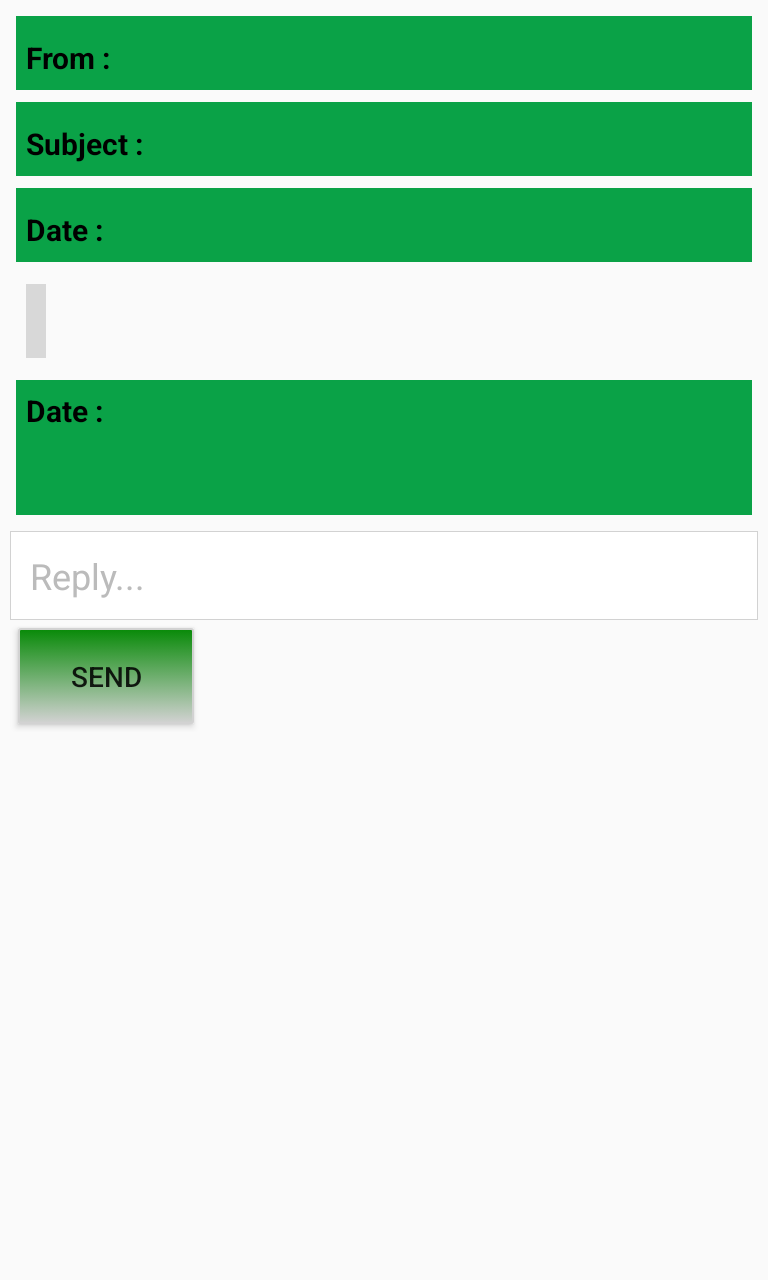
Repository: iguardian2015/iguardian-litchi
Layout: iguardian/res/layout/custom_inbox_view.xml
These files come from the project's save history. The layout is drawn as it stood at one moment and after the next save; the edit follows.
It is drawn on a 768 x 1280 px phone screen (xhdpi) without system bars, with theme AppTheme; the app's code is not run.

Above is the layout before, as saved 2015-01-12 08:40:46.

### iguardian/res/layout/custom_inbox_view.xml
<?xml version="1.0" encoding="utf-8"?>
<ScrollView xmlns:android="http://schemas.android.com/apk/res/android"
    android:layout_width="fill_parent"
    android:layout_height="fill_parent" >

    <LinearLayout
        android:layout_width="fill_parent"
        android:layout_height="fill_parent"
        android:padding="5dp"
        android:orientation="vertical" >

        <LinearLayout
            android:layout_width="match_parent"
            android:layout_height="wrap_content"
            android:layout_margin="3dp"
            android:background="#0AA247"
            android:orientation="horizontal" >

            <TextView
                android:id="@+id/from"
                android:layout_width="wrap_content"
                android:layout_height="wrap_content"
                android:padding="5dp"
                android:text="From :"
                android:textAppearance="?android:attr/textAppearanceLarge"
                android:textColor="#000000"
                android:textSize="15dp"
                android:textStyle="bold" />

            <TextView
                android:id="@+id/name"
                android:layout_width="wrap_content"
                android:layout_height="wrap_content"
                android:padding="5dp"
                android:textAppearance="?android:attr/textAppearanceLarge"
                android:textColor="#000000"
                android:textSize="20dp"
                android:textStyle="italic" />
        </LinearLayout>

        <LinearLayout
            android:layout_width="match_parent"
            android:layout_height="wrap_content"
            android:layout_margin="3dp"
            android:background="#0AA247"
            android:orientation="horizontal" >

            <TextView
                android:id="@+id/subject"
                android:layout_width="wrap_content"
                android:layout_height="wrap_content"
                android:padding="5dp"
                android:text="Subject :"
                android:textAppearance="?android:attr/textAppearanceLarge"
                android:textColor="#000000"
                android:textSize="15dp"
                android:textStyle="bold" />

            <TextView
                android:id="@+id/message_subject"
                android:layout_width="wrap_content"
                android:layout_height="wrap_content"
                android:padding="5dp"
                android:textAppearance="?android:attr/textAppearanceLarge"
                android:textColor="#000000"
                android:textSize="20dp"
                android:textStyle="italic" />
        </LinearLayout>

        <LinearLayout
            android:layout_width="match_parent"
            android:layout_height="wrap_content"
            android:layout_margin="3dp"
            android:background="#0AA247"
            android:orientation="horizontal" >

            <TextView
                android:id="@+id/dates"
                android:layout_width="wrap_content"
                android:layout_height="wrap_content"
                android:padding="5dp"
                android:text="Date :"
                android:textAppearance="?android:attr/textAppearanceLarge"
                android:textColor="#000000"
                android:textSize="15dp"
                android:textStyle="bold" />

            <TextView
                android:id="@+id/date"
                android:layout_width="wrap_content"
                android:layout_height="wrap_content"
                android:padding="5dp"
                android:textAppearance="?android:attr/textAppearanceLarge"
                android:textColor="#000000"
                android:textSize="20dp"
                android:textStyle="italic" />
        </LinearLayout>



            <TextView
                android:id="@+id/mes"
                android:layout_width="wrap_content"
                android:layout_height="wrap_content"
                android:layout_margin="8dp"
                android:padding="5dp"
                android:paddingTop="10dp"
                android:background="#D8D8D8"
                android:textAppearance="?android:attr/textAppearanceLarge"
                android:textColor="#525250"
                android:textSize="20dp"
                android:textStyle="italic" />

            <LinearLayout
            android:layout_width="match_parent"
            android:layout_height="wrap_content"
            android:layout_margin="3dp"
            android:background="#0AA247"
            android:orientation="vertical" >

            <TextView
                android:id="@+id/message"
                android:layout_width="wrap_content"
                android:layout_height="wrap_content"
                android:padding="5dp"
                android:text="Date :"
                android:textAppearance="?android:attr/textAppearanceLarge"
                android:textColor="#000000"
                android:textSize="15dp"
                android:textStyle="bold" />

            <TextView
                android:id="@+id/date"
                android:layout_width="wrap_content"
                android:layout_height="wrap_content"
                android:padding="5dp"
                android:textAppearance="?android:attr/textAppearanceLarge"
                android:textColor="#000000"
                android:textSize="20dp"
                android:textStyle="italic" />
        </LinearLayout>



        <!-- <LinearLayout
            android:layout_width="match_parent"
            android:layout_height="wrap_content"
            android:layout_margin="3dp"
            android:orientation="horizontal" > -->

            <!-- <EditText
                android:id="@+id/reply_message"
                android:layout_width="wrap_content"
                android:layout_height="wrap_content"
                android:layout_margin="8dp"
                android:hint="Write message..."
                android:inputType="textMultiLine"
                android:padding="15dp" />
 -->
           <!--  <Button
                android:id="@+id/send_message"
                android:layout_width="wrap_content"
                android:layout_height="wrap_content"
                android:layout_margin="8dp"
                android:text="Send" /> -->

            <EditText
            android:id="@+id/reply_message"
            android:layout_width="match_parent"
            android:layout_height="match_parent"
            android:layout_marginTop="5dp"
            android:background="@drawable/edittext_default_bg"
            android:hint="Reply..."
            android:inputType="textMultiLine"
            android:padding="10dp"
            android:textColorHint="#bbbbbb" />

        <Button
            android:id="@+id/send_message"
            android:layout_width="wrap_content"
            android:layout_height="match_parent"
            android:layout_margin="4dp"
            android:background="@drawable/button_default_bg"
            android:padding="10dp"
            android:text="Send" />


    </LinearLayout>

</ScrollView>

### iguardian/res/values/styles.xml
<resources>

    <!--
        Base application theme, dependent on API level. This theme is replaced
        by AppBaseTheme from res/values-vXX/styles.xml on newer devices.
    -->
    <style name="AppBaseTheme" parent="Theme.AppCompat.Light">
        <!--
            Theme customizations available in newer API levels can go in
            res/values-vXX/styles.xml, while customizations related to
            backward-compatibility can go here.
        -->
    </style>

    <!-- Application theme. -->
    <style name="AppTheme" parent="AppBaseTheme">
        <!-- All customizations that are NOT specific to a particular API-level can go here. -->
    </style>

    <style name="DefaultButtonText">
       <item name="android:layout_width">fill_parent</item>
        <item name="android:layout_height">wrap_content</item>
        <item name="android:textColor">#FFFFFF</item>
        <item name="android:gravity">center</item>
        <item name="android:layout_margin">3dp</item>
        <item name="android:textStyle">normal</item>
        <item name="android:textSize">20sp</item>
        <item name="android:shadowColor">#f9f9f9</item>
        <item name="android:shadowDx">1</item>
        <item name="android:shadowDy">1</item>
        <item name="android:shadowRadius">1</item>
    </style>

    <style name="btnStyleBeige" parent="@android:style/Widget.Button">
       <item name="android:textSize">15sp</item>
       <item name="android:textStyle">bold</item>
       <item name="android:textColor">#5d6153</item>
       <item name="android:gravity">center</item>
       <item name="android:shadowColor">#000000</item>
       <item name="android:shadowDx">1</item>
       <item name="android:shadowDy">1</item>
       <item name="android:shadowRadius">0.6</item>
       <item name="android:background">@drawable/custom_button</item>
       <item name="android:padding">10dip</item>
   </style>

</resources>

### iguardian/res/drawable-hdpi/edittext_default_bg.xml
<?xml version="1.0" encoding="utf-8"?>
<shape xmlns:android="http://schemas.android.com/apk/res/android"
    android:shape="rectangle" android:padding="5dp">
     <solid android:color="#FFFFFF"/>
     <stroke
        android:width="0.5dp"
        android:color="#d2d2d2" />
</shape>

### iguardian/res/drawable-hdpi/button_default_bg.xml
<?xml version="1.0" encoding="utf-8"?>
<selector xmlns:android="http://schemas.android.com/apk/res/android">
    <item  android:state_pressed="true" >
        <shape>
            <solid
                android:color="#f8f9fa" />
            <stroke
                android:width="1dp"
                android:color="#8CDA2C" />
            <corners
                android:radius="1dp" />

        </shape>
    </item>
    <item>
        <shape>
            <gradient
                android:startColor="#088A08"
                android:endColor="#d2d2d2"
                android:angle="270" />
            <stroke
                android:width="1dp"
                android:color="#d2d2d2" />
            <corners
                android:radius="1dp" />

        </shape>
    </item>
</selector>

Loaded but not shown: iguardian/res/values-v11/styles.xml (common file); iguardian/res/values-v14/styles.xml (common file)

After the next save:
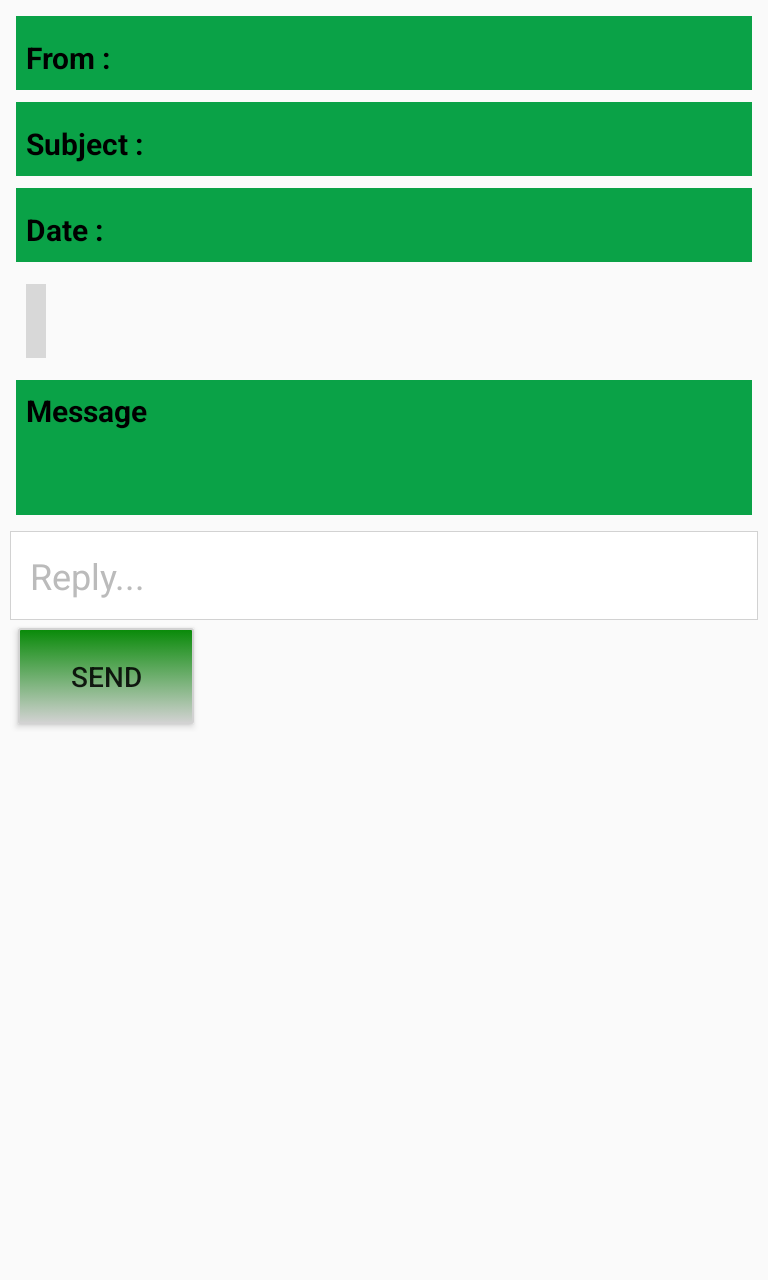
Saved 13 s later.
--- a/iguardian/res/layout/custom_inbox_view.xml
+++ b/iguardian/res/layout/custom_inbox_view.xml
@@ -123,7 +123,7 @@
                 android:layout_width="wrap_content"
                 android:layout_height="wrap_content"
                 android:padding="5dp"
-                android:text="Date :"
+                android:text="Message"
                 android:textAppearance="?android:attr/textAppearanceLarge"
                 android:textColor="#000000"
                 android:textSize="15dp"
